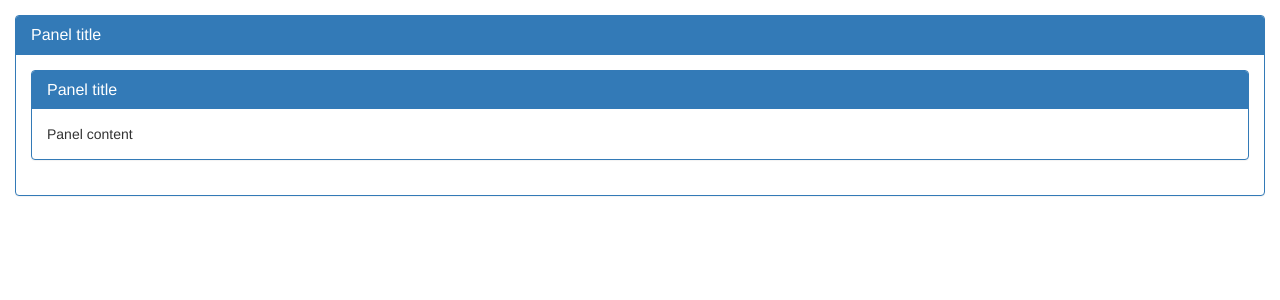
Repository: Bluesouls/eliauk.github.io
Page: Ajax学习笔记/day01/code/图书管理.html
These files come from the project's save history. The page is drawn as it stood at one moment and after the next save; the edit follows.
The browser window is 1280 px wide. The pictures show the whole page.

Above is the page before, as saved 2022-04-24 16:55:09.
Console error (its wording comes from the project's code and is left out).

### Ajax学习笔记/day01/code/图书管理.html
<!DOCTYPE html>
<html lang="en">
<head>
  <meta charset="UTF-8">
  <meta http-equiv="X-UA-Compatible" content="IE=edge">
  <meta name="viewport" content="width=device-width, initial-scale=1.0">
  <link href="https://cdn.bootcss.com/bootstrap/3.3.7/css/bootstrap.css" rel="stylesheet">
  <script src="https://cdn.bootcss.com/bootstrap/3.3.7/js/bootstrap.js"></script>
  <title>图书管理</title>
</head>
<body style="padding:15px">

  <div class="panel panel-primary">
      <div class="panel-heading">
        <h3 class="panel-title">Panel title</h3>
      </div>
      <div class="panel-body">

        <div class="panel panel-primary">
            <div class="panel-heading">
              <h3 class="panel-title">Panel title</h3>
            </div>
            <div class="panel-body">
              Panel content
            </div>
        </div>

      </div>
  </div>

</body>
</html>

After the next save:
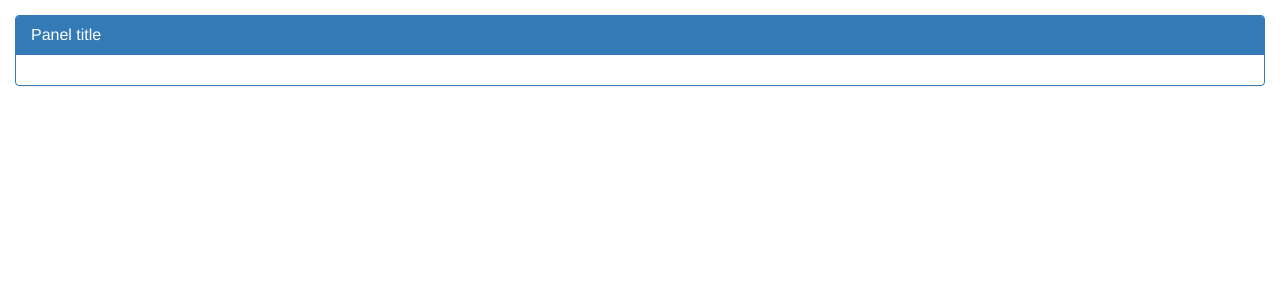
Saved 43 s later.
--- a/Ajax学习笔记/day01/code/图书管理.html
+++ b/Ajax学习笔记/day01/code/图书管理.html
@@ -16,15 +16,6 @@
       </div>
       <div class="panel-body">
 
-        <div class="panel panel-primary">
-            <div class="panel-heading">
-              <h3 class="panel-title">Panel title</h3>
-            </div>
-            <div class="panel-body">
-              Panel content
-            </div>
-        </div>
-
       </div>
   </div>
 
